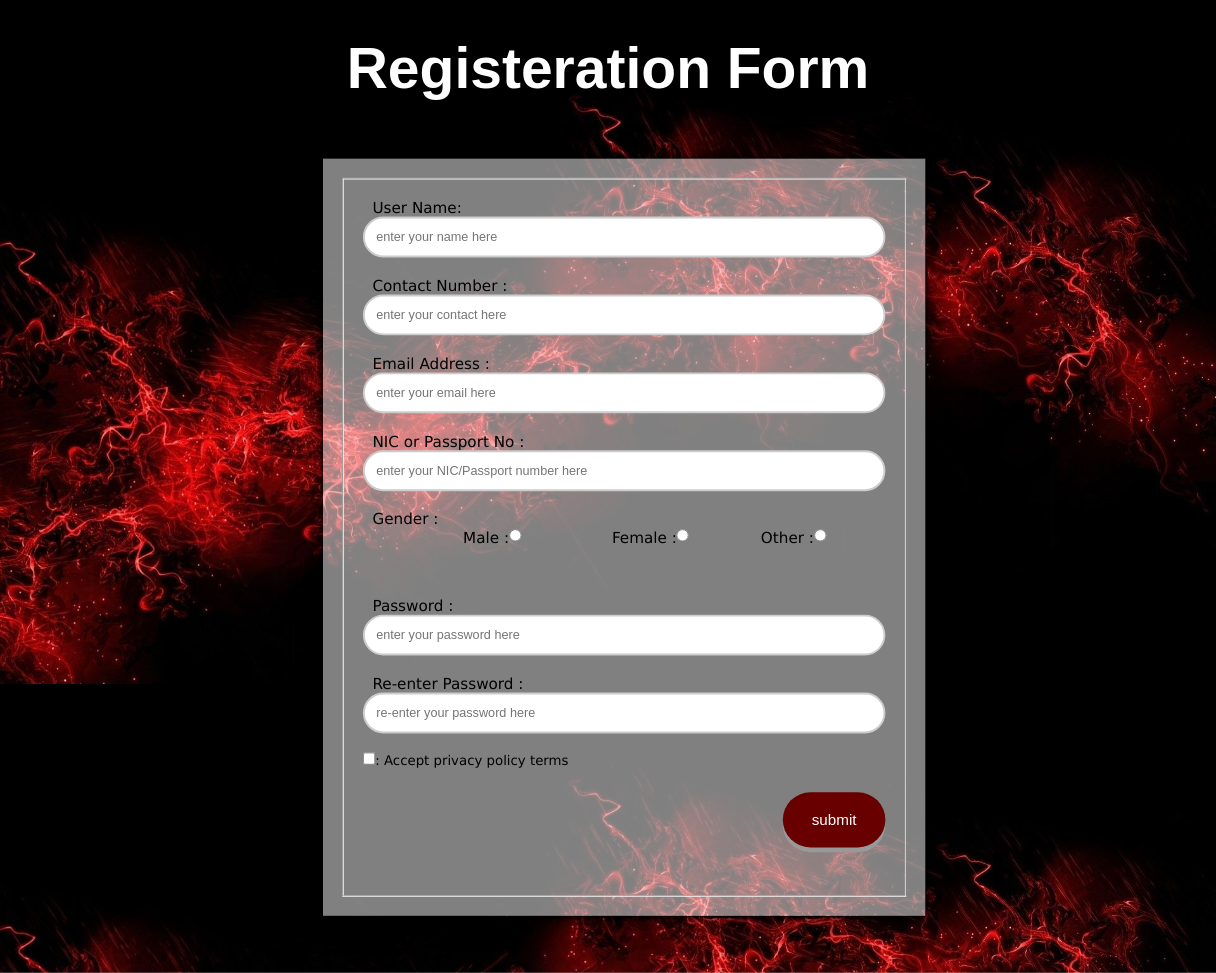
Repository: amila1998/OOP-Group-Assignment-1st-Year-2nd-Semester
Page: http://localhost/OMT/userRegister.jsp
The author's editor kept a copy of each file at every save. The page is drawn from the files as they stood at one save, then again after the next save.
The browser window is 1280 px wide. The pictures show the whole page, at 95% of full size.
Backgrounds fixed to the window are drawn as part of the page. Some web fonts or font styles are not loaded; a fallback is used. The page is served by Tomcat 9. Nobody is signed in. The application's start-up code is not run. Other server files are loaded and not shown.

Above is the page before, as saved 2021-05-22 16:19:59.

### OMT/WebContent/userRegister.jsp
<%@ page language="java" contentType="text/html; charset=ISO-8859-1"
    pageEncoding="ISO-8859-1"%>
<!DOCTYPE html>
<html>
<head>
<meta charset="ISO-8859-1">
<link rel="stylesheet" type="text/css" href="styles/Default.css">
<link rel="stylesheet" type="text/css" href="styles/userRegister.css">
<title>user register</title>
</head>
<body>
<br><br>
    	<center><h1 class="Ttxtstyle">Registeration Form</h1></center>
<div class="RegisterBody">
<section style="width:100%">
	<div id="formStyle1">
		<form action="register" target="_self" method="POST">
		<fieldset>
			<label for="name">User Name:</label>
  			<input type="text" id="name" name="name" placeholder="enter your name here" required>

			<label for="MobileNumber">Contact Number :</label>
			<input type="text" id="mobile" name="mobile"  pattern="[0-9]{10}" placeholder="enter your contact here" required>

			<label for="EmailAddress">Email Address :</label>
			<input type="email" id="emailAdd" name="email" pattern="[a-zA-Z0-9._%+-]+@[a-z0-9]+\.[a-z]{2,3}" placeholder="enter your email here" required>

			<label for="nic_passport">NIC or Passport No :</label>
			<input type="text" id="nic_passport" name="nic_passport"  placeholder="enter your NIC/Passport number here" required>

			<label for="gender">Gender  :</label>
			<div class="row">

			<div class="col-25">
			<input type="radio" id="male" name="gender" value="male">
			<label for="male">  Male  :</label>
			</div>
			<div class="col-25">
			<input type="radio" id="female" name="gender" value="female">
			<label for="female">  Female  :</label>
			</div>
			<div class="col-25">
			<input type="radio" id="other" name="gender" value="other">
			<label for="other">  Other  :</label>
			</div>
			</div>
			<br><br>


			<label for="Password">Password :</label>
			<input type="password" id="pwd" name="pwd" placeholder="enter your password here"  required >

			<label for="rePassword">Re-enter Password :</label>
			<input type="password" id="rpwd" name="rpwd" placeholder="re-enter your password here" required>



			<input type="checkbox" id="policy" name="policy" required onclick ="enableButton()">:  Accept privacy policy terms
			<br><br>
			<input name="register" class="Btn1" type="submit" id="btn2" name="btn2"  value="submit" disable><br>

			<script>function enableButton(){

						if(document.getElementById("policy").checked){
							if(document.getElementById("pwd").value != document.getElementById("rpwd").value ){

								alert("password are mismatched!!");
								document.getElementById("policy").checked = false;
							}
							else{
							}

							document.getElementById("btn2").disabled= false;//this means submit button is enabled
						}
						else{
							document.getElementById("btn2").disabled= true;

						}
					}
		</script>


	</fieldset>
		</form>
        </div>
		</section>
</div>

</body>
</html>

### OMT/WebContent/styles/Default.css
@charset "ISO-8859-1";

* {
  box-sizing: border-box;
  margin: 0;
  padding: 0;
}

body {
  font-family: roboto, sans-serif;
  background-image: url("../images/bg.jpg");
  background-repeat: repeat;
  background-attachment: fixed;
  background-size: 100%;
}

/*start of header*/
#mainHeader {
  width: 100%;
  display:flex;
  justify-content: space-between;
  padding: 0px 10px;
  width: 100%;
  position:fixed;
  top: 0px;
  background: #eee;
  transition: background 0.4s;
  z-index: +1;
}

#mainHeader.is-sticky {
  background: #333;
}

#mainHeader.is-sticky a {
  color:#eee;
}

#mainHeader.is-sticky .logo img {
  height:64px;
}

#mainHeader.is-sticky .Plogo img {
  margin-top:10px;
}

#mainHeader.is-sticky .SearchPadding {
  padding:5px 20px;

}
.logo img {
  height: 84px;
  transition: height 0.4s;
}
.Plogo img {
  height: 50px;
  margin-top:18px;
  transition:0.4s;
}
#mainHeader .SearchPadding{
	padding:10px 10px;
	transition:0.4s;
}
#mainHeader .searchForm {
  float: middle;
  padding: 6px 20px;
  margin-top: 15px;
  background: none;
  font-size: 17px;
  border: none;
  cursor: pointer;
  display:flex;
}

.searchTxt
{
  background-color: white;
  border: none;
  padding: 5.5px 10px;
  text-decoration: none;
  display: inline-block;
  font-size: 12px;
  width:400px;
}
.searchBT:hover {
  background-color:#66ff66;
  cursor: pointer;
}

.searchBT {
  background-color: #00cc00;
  border: none;
  color: white;
  padding: 5px 10px;
  text-align: center;
  text-decoration: none;
  display: inline-block;
  font-size: 14px;
}




/*End of header*/

/* start editing horizontal menu*/
#menu {
	 margin-top: 84px;
	 width: 100%;
}



ul.menu {
  list-style-type: none;
  margin: 0;
  padding: 0;
  overflow: hidden;
  background-color: #333;
}

li.menu1 {
  float: left;
}
li.menu2 {
  float: right;
}

#menu li a   {
	/* When you have li and a together this will work*/
  display: block;
  color: white;
  text-align: center;
  padding: 14px 16px;
  text-decoration: none;
}

/* Change the link color to pink on hover
When you move the curser to a menu item it will highlighted with pink*/
#menu  li a:hover {
  background-color: gray;
}
/*============================================================================*/
/*Start of footer*/

div.Bfooter{
	display:table;
	width:100%;
	height:auto;
}
#mainFooter {
  display:flex;
  justify-content: space-between;
  bottom:0px;
  padding:10px 30px;
  width: 100%;
  background: #333;
  color:white;
  position:fixed;


}
#mainFooter .FtopPadding{
	padding-top:10px;
}
.SocialLogos img {

	width:30px;
	height:30px;
}
#mainFooter ul.SocialLogos {
  list-style-type: none;
  margin: 0;
  padding:0;
  overflow: hidden;
}
#mainFooter li.SocialLogos {
  float: left;
}
#mainFooter li a {
  display: block;
  color: white;
  text-align: center;
  padding: 14px 16px;
  text-decoration: none;
}

.DateandTime{
	font-family:"Arial Black", Gadget, sans-serif;


}
.copyRSing{
	font-family:"Comic Sans MS", cursive, sans-serif;
	padding-left:90px;
}
#Footer2 {
  display:flex;
  justify-content: space-between;
  padding: 10px 16px;
  width: 100%;
  background: #14141f;
  color:white;
  margin-bottom:50px;

}
#Footer2 ul.style {
  list-style-type: none;
  overflow: hidden;
  padding-bottom:40px;
}
#Footer2 li a{
	color: white;
  text-align: left;
  padding: 14px 16px;
  text-decoration: none;
  font-style: italic;
}
#Footer2 li a:hover {
  color: gray;
}

#Footer2 .Txtstyle{
	font-family:"Comic Sans MS", cursive, sans-serif;
	font-size:24px;
	line-height: 1.8;
}
#Footer2 .Txtstyle2{
	padding-top:90px;
	font-family:"Comic Sans MS", cursive, sans-serif;
	font-size:24px;
	line-height: 1.8;
}

#Footer2 ul.proFBBt {
  background-color: #00cc00;
  border: none;
  color: white;
  padding: 20px 50px;
  text-align: center;
  text-decoration: none;
  display: inline-block;
  font-size: 14px;
  list-style-type: none;
  margin: 0;
  overflow: hidden;
}

#Footer2 .btpadding{
	padding-top:50px;
	padding-left:20px;
}
/*============================================================================*/

h1.Ttxtstyle{
	color:white;
	font-family:"Arial Black", Gadget, sans-serif;
	text-shadow:1px 1px 2px black, 0 0 25px black, 0 0 5px black;
	font-size:60px;
}

section {
	padding:20px 20px;
}

/*DIV sections*/
.row {
  display: flex;
  flex-wrap: wrap;
  margin: 0 -16px;
}



.col-25 {
  flex: 25%;
}

.col-50,
.coll-50 {
   flex: 50%;
}

.col-75 {
  flex: 75%;
}

.col-25,
.col-50,
.col-75 {
  padding: 20px 16px;
}
/*--------------------------------------------------------------------------------------*/
/*Form*/
fieldset{
	padding:20px 20px;
}

legend{
	font-size:22px;
	font-weight:bold;
}

#formStyle1.style2{
	font-family:"Arial Black", Gadget, sans-serif;
	font-size:30px;
}

#formStyle1 label,
#formStyle3 label {
  display: block;
  font-size:16px;
  float:left;
  margin-left:10px;
}

#formStyle4 label{
  float:center;
  display: block;
  font-size:16px;
  margin-left:10px;
  margin-bottom:30px;
}

#formStyle2 label{
	 font-family: "Comic Sans MS", cursive, sans-serif;
	 font-weight:bold;
    font-size: 22px;
    line-height: 1.15;
    margin: 0;
	 width:100%;
}
#formStyle6 input[type=text],
#formStyle6 input[type=email],
#formStyle3 input[type=email],
#formStyle3  input[type= password],
#formStyle1  input[type= password],
#formStyle1  input[type= number],
#formStyle1 input[type=file],
#formStyle1 input[type=number]
#formStyle4 input[type=email],
#formStyle1 input[type=email],
#formStyle1 input[type=month],
#formStyle1 input[type=date],
#formStyle1 input[type=text],
#formStyle1 input[type=tel],
#formStyle3 input[type=text],
#formStyle4 input[type=tel],
#formStyle4 input[type=text],
#formStyle1 select{
  width: 100%;
  margin-bottom: 20px;
  padding: 12px;
  border: 2px solid #ccc;
  border-radius: 50px;
}

#formStyle6 input:active[type=text],
#formStyle6 input:active[type=email],
#formStyle3  input:active[type= password],
#formStyle3  input:active[type= email],
#formStyle1 input:active[type=file],
#formStyle1 input:active[type=number],
#formStyle1 input:active[type=month],
#formStyle1 input:active[type=text],
#formStyle3 input:active[type=text],
#formStyle4 input:active[type=text],
#formStyle4 input:active[type=text],
#formStyle1 select:active{
    border: 2px solid #808080;
	outline:none;
}

#formStyle3  input[type= radio]{
  margin-bottom: 20px;
  padding: 12px;
  border: 1px solid #ccc;
  border-radius: 3px;
  justify-content: space-between;
  margin-left:20px;
  outline:none;
}
#formStyle6 textarea,
#formStyle1 textarea{
  width: 100%;
  margin-bottom: 20px;
  padding: 12px;
  border: 1px solid #ccc;
  border-radius: 3px;
  height:80px;
  font-family:Verdana;
  border-radius:50px;
  outline:none;
  resize: vertical;

}

#formStyle1 form,
#formStyle2 form,
#formStyle3 form,
#formStyle4 form{
	padding:20px;
	background-color: rgba(255, 255, 255,0.5);
	font-size:14px;
	font-family:Verdana;
	color:black;
	margin:20px;
	box-shadow:1px 1px 2px black, 0 0 25px black, 0 0 5px black;
	outline: none;
	border:none;

}
#formStyle6 form{
	font-size:14px;
	font-family:Verdana;
	outline: none;
	border:none;
	padding:20px;
}

#formStyle1 form,
#formStyle4 form{
	width:99%;
}

#formStyle2 form{
	width:95%;
}

#formStyle3 form{
	width:50%;
	align-items: center;
	position:center;

}


.Btn,
.Btn1,
.Btn2,
.Btn3,
.Btn4,
.Btn5{

	padding:20px 30px;
	font-size: 16px;
  text-align: center;
  cursor: pointer;
  outline: none;
  color: #fff;
  background-color: #680000;
  border: none;
  border-radius: 30px;
  box-shadow: 0 5px #999;
  margin-bottom:30px;
  margin-top:10px;
  margin-left:20px;



}



.Btn:active,
.Btn1:active,
.Btn3:active,
.Btn2:active,
.Btn4:active,
.Btn5:active,
.Btn6:active{
	background-color: #ff6a6f;
  box-shadow: 0 3px #666;
  transform: translateY(4px);
}

.Btn:hover,
.Btn1:hover,
.Btn3:hover,
.Btn2:hover,
.Btn4:hover,
.Btn5:hover{
	background-color: #ff6a6f
}
.Btn,
.Btn1{
	float:right;
}

.Btn2{
	float:left;
}
.Btn3{
	margin-bottom:20px;

}
.Btn4{
	margin-left:10px;

}

### OMT/WebContent/styles/userRegister.css
.RegisterBody{
	padding:20px 300px;
}

After the next save:
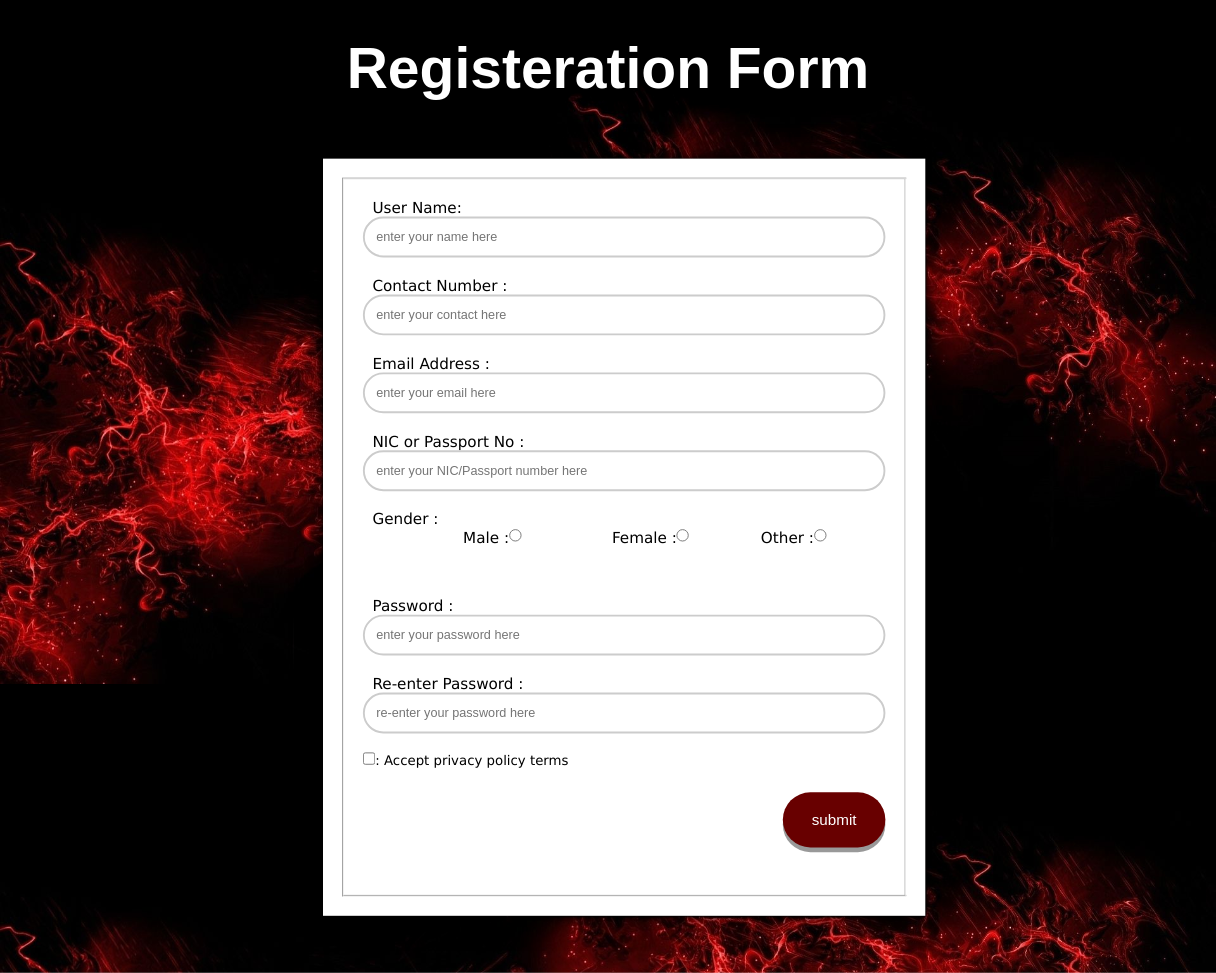
Saved 31 s later.
--- a/OMT/WebContent/styles/Default.css
+++ b/OMT/WebContent/styles/Default.css
@@ -400,7 +400,7 @@
 #formStyle3 form,
 #formStyle4 form{
 	padding:20px;
-	background-color: rgba(255, 255, 255,0.5);
+	background-color: rgba(255, 255, 255);
 	font-size:14px;
 	font-family:Verdana;
 	color:black;

After the 2 saves that followed:
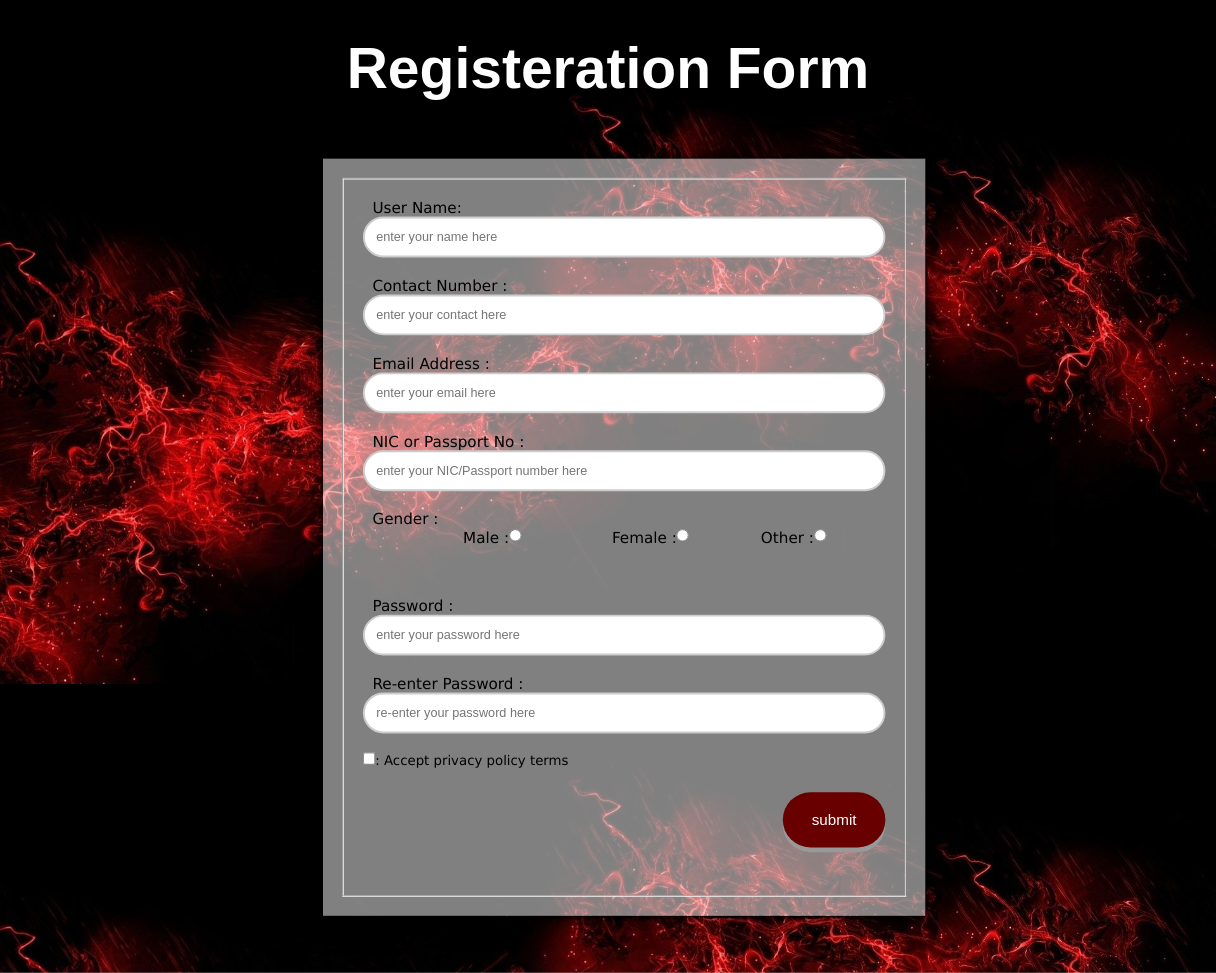
The 2 saves are shown as one change because 1 left the picture as it was.
The last was saved 2 min 29 s later.
--- a/OMT/WebContent/styles/Default.css
+++ b/OMT/WebContent/styles/Default.css
@@ -400,7 +400,7 @@
 #formStyle3 form,
 #formStyle4 form{
 	padding:20px;
-	background-color: rgba(255, 255, 255);
+	background-color: rgba(255, 255, 255,0.5);
 	font-size:14px;
 	font-family:Verdana;
 	color:black;
